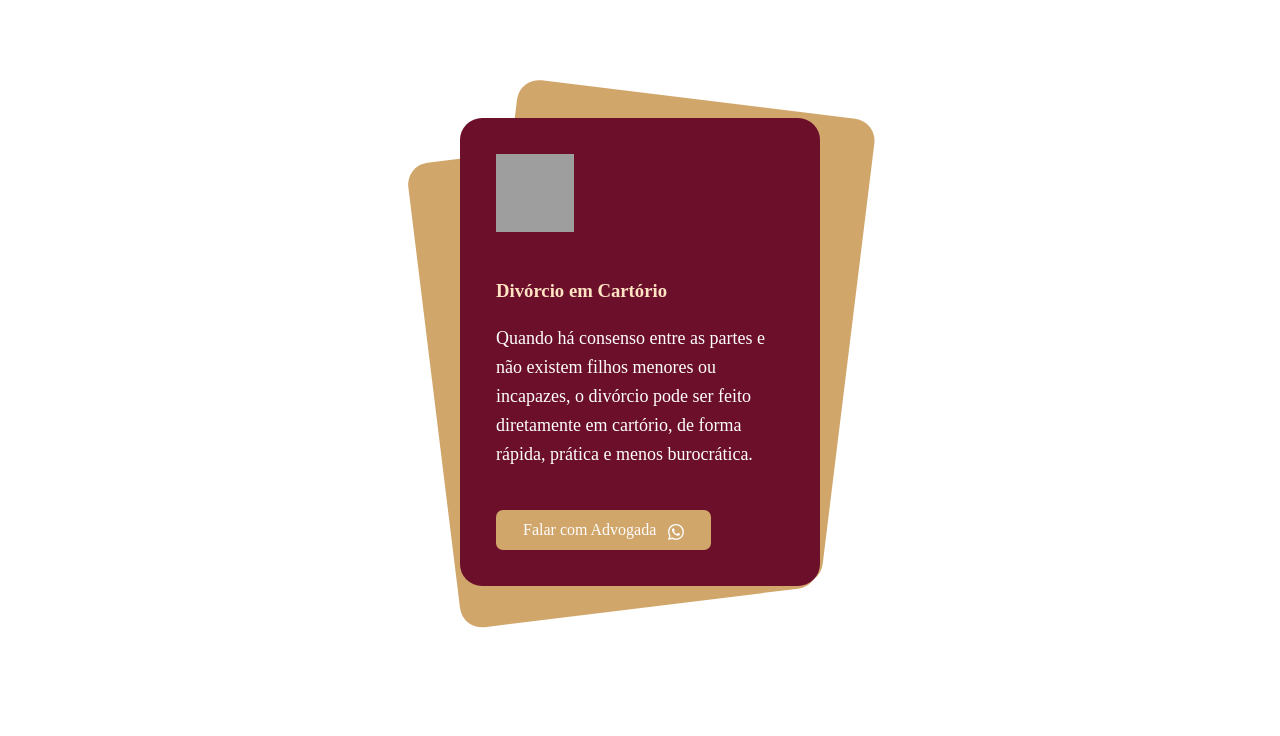
Repository: EmanuelVieiira/landing-page-advocacia
Page: teste.html
An editor plug-in stored every save of this project. The page is shown before and after the next save, followed by the edit.
The browser window is 1280 px wide. The pictures show the whole page.
The pointer rests on the first visible `.card`.
Pictures or frames that could not be fetched are drawn as grey boxes.

Above is the page before, as saved 2026-02-05 15:15:11.

### teste.html
<!DOCTYPE html>
<html lang="en">
<head>
    <meta charset="UTF-8">
    <meta name="viewport" content="width=device-width, initial-scale=1.0">
    <title>Document</title>
    <style>
        body {
  min-height: 100vh;
  display: flex;
  align-items: center;
  justify-content: center;
}

        .card {
  position: relative;
  display: flex;
  align-items: center;
  justify-content: center;
  width: 360px;
  border-radius: 24px;
  line-height: 1.6;
  transition: all 0.48s cubic-bezier(0.23, 1, 0.32, 1);
}
.icone {
  width: 78px;
  height: 78px;
  margin-bottom: 1px;
}
.text h3 {
 color: bisque;
}
.content {
  display: flex;
  flex-direction: column;
  align-items: flex-start;
  justify-content: center;
  gap: 24px;
  padding: 36px;
  border-radius: 22px;
  color: #ffffff;
  overflow: hidden;
  background: #6B0F2A;
  transition: all 0.48s cubic-bezier(0.23, 1, 0.32, 1);
}

.content::before {
  position: absolute;
  content: "";
  top: -4%;
  left: 50%;
  width: 90%;
  height: 90%;
  transform: translate(-50%);
  background: #d1a66b;
  z-index: -1;
  transform-origin: bottom;

  border-radius: inherit;
  transition: all 0.48s cubic-bezier(0.23, 1, 0.32, 1);
}

.content::after {
  position: absolute;
  content: "";
  top: -8%;
  left: 50%;
  width: 80%;
  height: 80%;
  transform: translate(-50%);
  background: #d1a66b;
  z-index: -2;
  transform-origin: bottom;
  border-radius: inherit;
  transition: all 0.48s cubic-bezier(0.23, 1, 0.32, 1);
}

.content svg {
  width: 48px;
  height: 48px;
}

.content .para {
  z-index: 1;
  opacity: 1;
  font-size: 18px;
  transition: all 0.48s cubic-bezier(0.23, 1, 0.32, 1);
}

.content .link {
  z-index: 1;
  color: #d1a66b;
  text-decoration: none;
  font-family: inherit;
  font-size: 16px;
  transition: all 0.48s cubic-bezier(0.23, 1, 0.32, 1);
}

.content .link:hover {
  text-decoration: underline;
}

.card:hover {
  transform: translate(0px, -16px);
}

.card:hover .content::before {
  rotate: -7deg;
  top: 0;
  width: 100%;
  height: 100%;
}

.card:hover .content::after {
  rotate: 7deg;
  top: 0;
  width: 100%;
  height: 100%;
}
.btn-whatsapp {
    background-color: #d1a66b;;
    color:#fdfdfd;;
    padding: 7px 27px;
    text-decoration: none;
    border-radius: 7px;

}
.btn-whatsapp svg {
    width: 16px;

    height: 16px;
}

    </style>
</head>
<body>
    <div class="card">
  <div class="content">

<img src="/img/divorcio.png" alt="ícone de divórcio"   class="icone">

    <div class="text">
        <h3>Divórcio em Cartório</h3>

    <p class="para">
     Quando há consenso entre as partes e não existem filhos menores ou incapazes, o divórcio pode ser feito diretamente em cartório, de forma rápida, prática e menos burocrática.
    </p></div>
    <a href="https://wa.me/5511999999999" target="_blank" class="btn-whatsapp">
                        <span>
                            Falar com Advogada
                            <svg xmlns="http://www.w3.org/2000/svg" width="20" height="20" fill="currentColor" viewBox="0 0 16 16" style="display: inline-block; margin-left: 8px; vertical-align: middle;">
                                <path d="M13.601 2.326A7.854 7.854 0 0 0 7.994 0C3.627 0 .068 3.558.064 7.926c0 1.399.366 2.76 1.057 3.965L0 16l4.204-1.102a7.933 7.933 0 0 0 3.79.965h.004c4.368 0 7.926-3.558 7.93-7.93A7.898 7.898 0 0 0 13.6 2.326zM7.994 14.521a6.573 6.573 0 0 1-3.356-.92l-.24-.144-2.494.654.666-2.433-.156-.251a6.56 6.56 0 0 1-1.007-3.505c0-3.626 2.957-6.584 6.591-6.584a6.56 6.56 0 0 1 4.66 1.931 6.557 6.557 0 0 1 1.928 4.66c-.004 3.639-2.961 6.592-6.592 6.592zm3.615-4.934c-.197-.099-1.17-.578-1.353-.646-.182-.065-.315-.099-.445.099-.133.197-.513.646-.627.775-.114.133-.232.148-.43.05-.197-.1-.836-.308-1.592-.985-.59-.525-.985-1.175-1.103-1.372-.114-.198-.011-.304.088-.403.087-.088.197-.232.296-.346.1-.114.133-.198.198-.33.065-.134.034-.248-.015-.347-.05-.099-.445-1.076-.612-1.47-.16-.389-.323-.335-.445-.34-.114-.007-.247-.007-.38-.007a.729.729 0 0 0-.529.247c-.182.198-.691.677-.691 1.654 0 .977.71 1.916.81 2.049.098.133 1.394 2.132 3.383 2.992.47.205.84.326 1.129.418.475.152.904.129 1.246.08.38-.058 1.171-.48 1.338-.943.164-.464.164-.86.114-.943-.049-.084-.182-.133-.38-.232z"/>
                            </svg>
                        </span>
                    </a>
  </div>

</div>

</body>
</html>

After the next save:
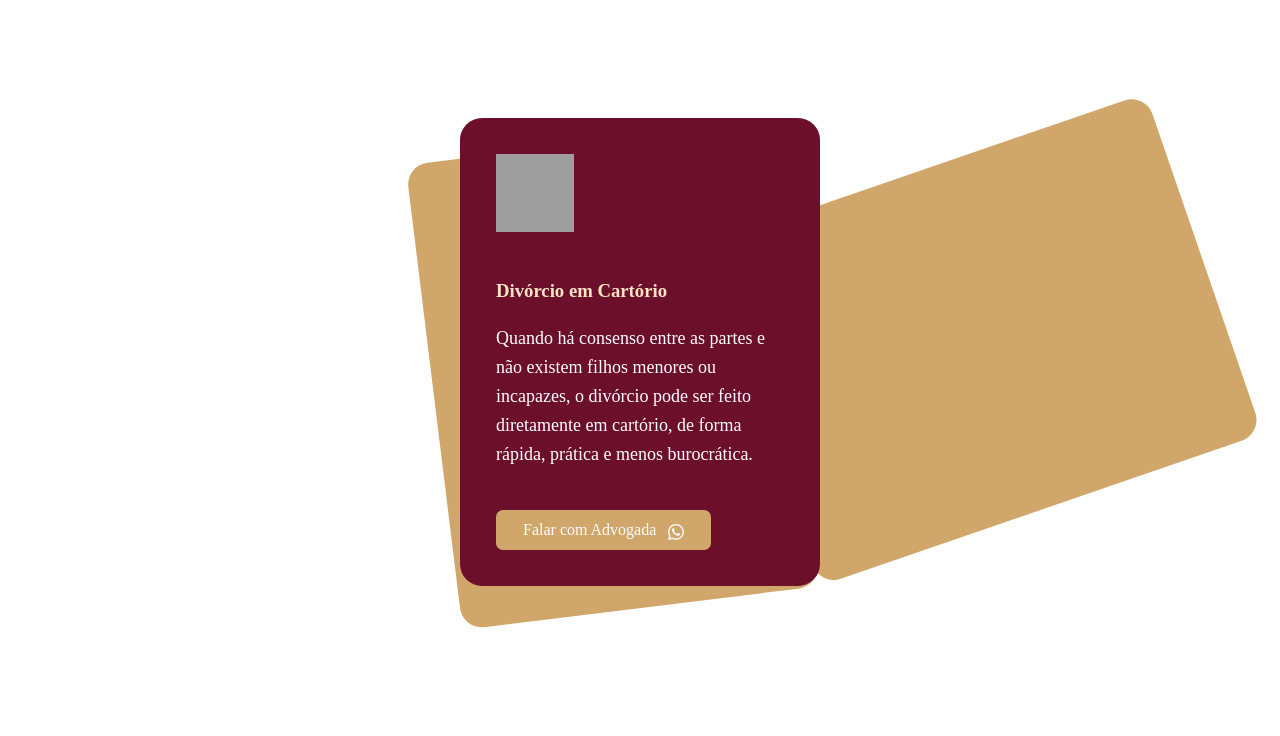
Saved 10 s later.
--- a/teste.html
+++ b/teste.html
@@ -112,7 +112,7 @@
 }
 
 .card:hover .content::after {
-  rotate: 7deg;
+  rotate: 71deg;
   top: 0;
   width: 100%;
   height: 100%;

After the save that followed:
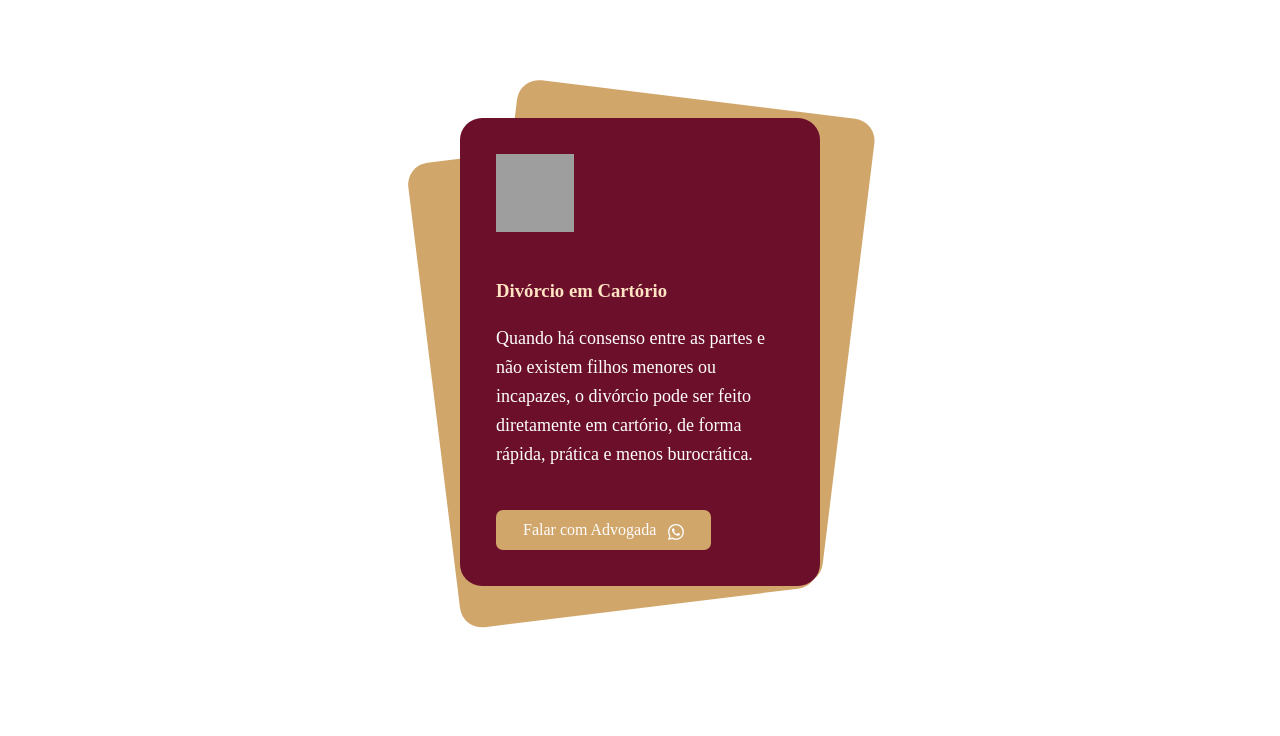
Saved 4 s later.
--- a/teste.html
+++ b/teste.html
@@ -112,7 +112,7 @@
 }
 
 .card:hover .content::after {
-  rotate: 71deg;
+  rotate: 7deg;
   top: 0;
   width: 100%;
   height: 100%;
